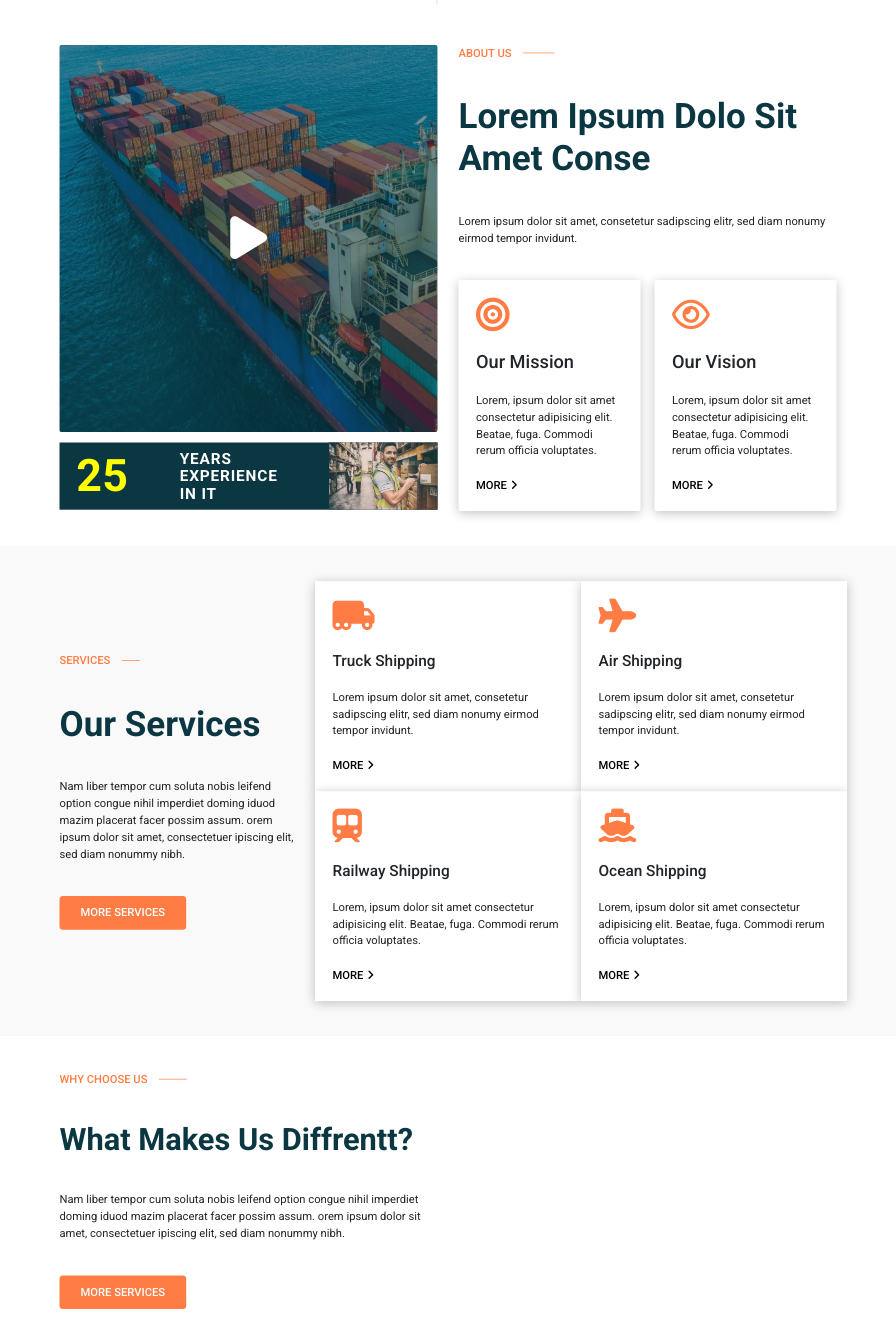
Repository: nazmulalok/shipping-theme
Page: index.html
An editor plug-in stored every save of this project. The page is shown before and after the next save, followed by the edit.
The browser window is 1280 px wide. The pictures show the part of the page from y = 973 to 2893 px (the page is 2893 px tall before and 2725 px after), at 70% of full size.
Some web libraries are served in a nearby version.

Above is the page before, as saved 2022-10-08 23:09:25.

After the next save:
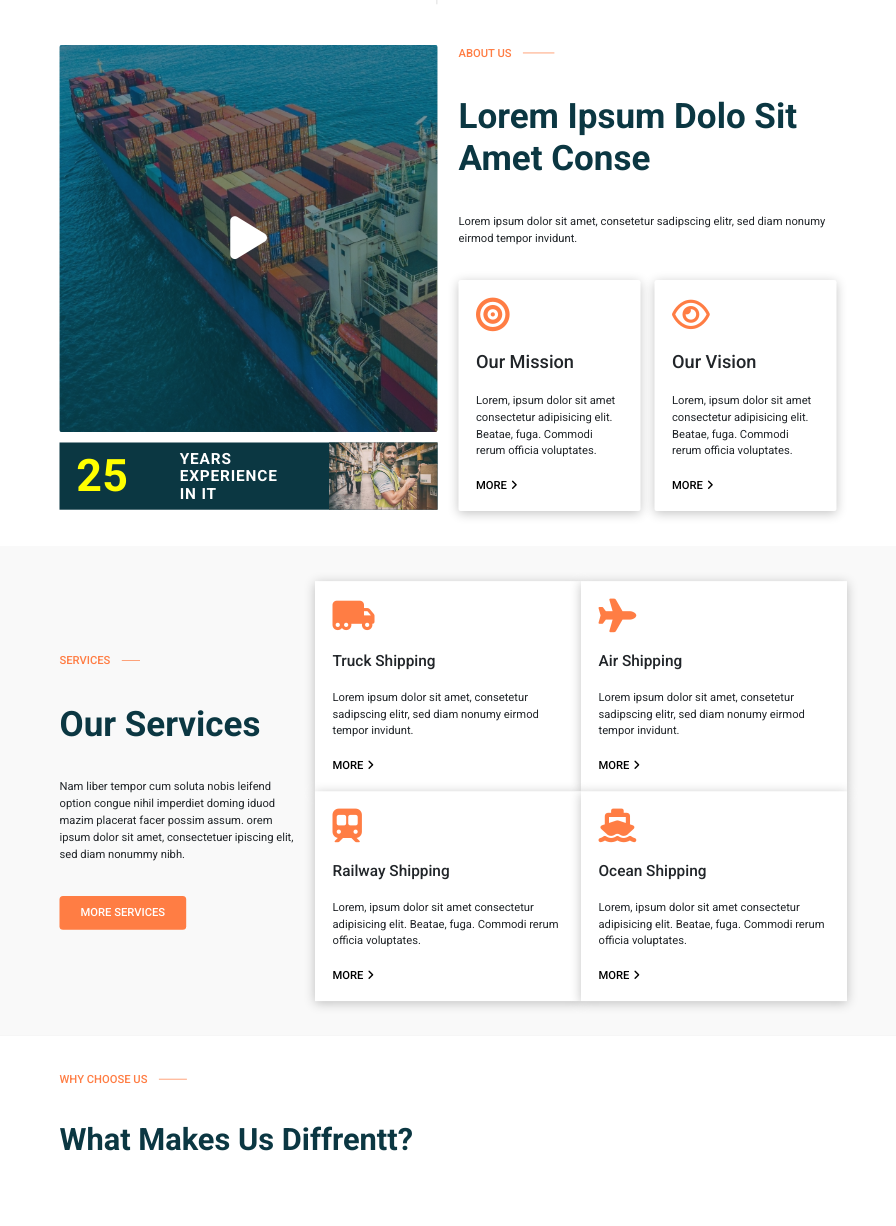
Saved 22 s later.
--- a/index.html
+++ b/index.html
@@ -223,10 +223,6 @@
                         <span class="sp-title">Why Choose Us</span>
                         <h3 class="mb-5">What Makes Us
                             Diffrentt?</h3>
-                        <p class="mb-5">Nam liber tempor cum soluta nobis leifend option congue nihil imperdiet doming
-                            iduod mazim placerat facer possim assum. orem ipsum dolor sit amet, consectetuer ipiscing
-                            elit, sed diam nonummy nibh.</p>
-                        <a href="#" class="common-btn">More Services</a>
                     </div>
                     <div class="col-lg-6"></div>
                 </div>
